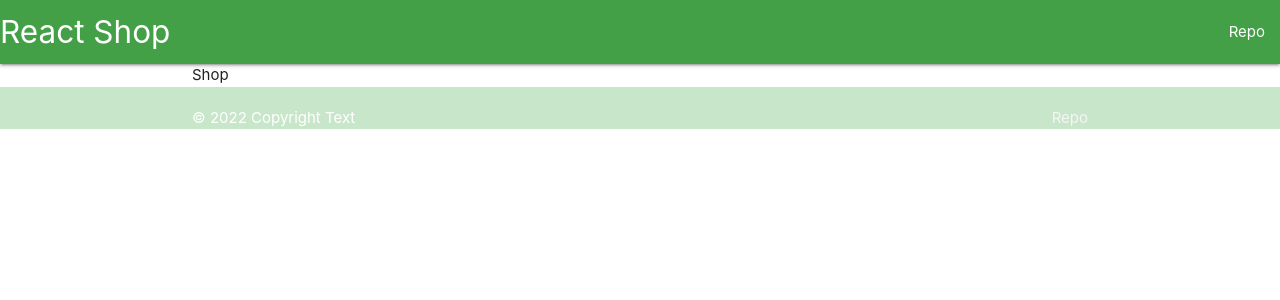
Repository: max535/react-shop-project
Page: /
An editor plug-in stored every save of this project. The page is shown before and after the next save, followed by the edit.
The browser window is 1280 px wide. The pictures show the whole page.
The project was rebuilt for these pictures with package versions that can differ from the ones it lists, and the page was loaded fresh each time.

Above is the page before, as saved 2022-07-01 23:42:58.

After the next save:
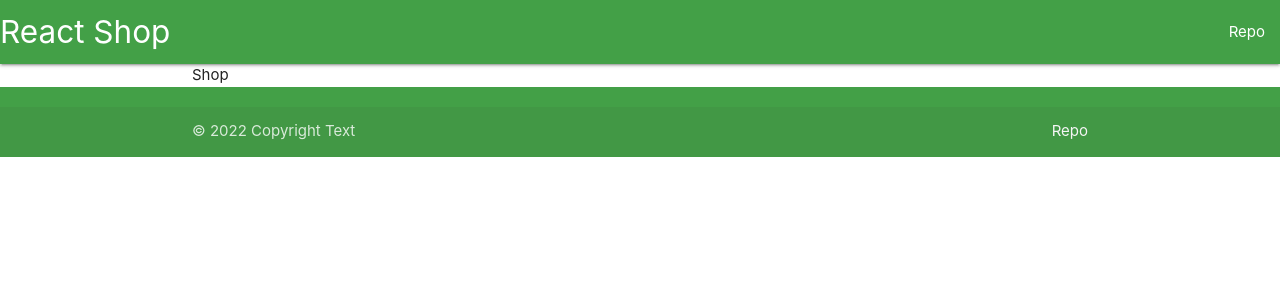
Saved 2 min 3 s later.
--- a/src/components/Footer.jsx
+++ b/src/components/Footer.jsx
@@ -1,9 +1,18 @@
 export function Footer() {
     return (
-        <footer className="page-footer green lighten-4">
-            <div className="container">
-                &copy; {new Date().getFullYear()} Copyright Text
-                <a className="grey-text text-lighten-4 right" href="#">Repo</a>
+        <footer className="page-footer green darken-1">
+            <div className="footer-copyright">
+                <div className="container">
+                    &copy; {new Date().getFullYear()} Copyright Text
+                    <a
+                        className="grey-text text-lighten-4 right"
+                        href="https://github.com/max535/react-movies"
+                        target="_blank"
+                        rel="noopener noreferrer"
+                    >
+                        Repo
+                    </a>
+                </div>
             </div>
         </footer>
     );
